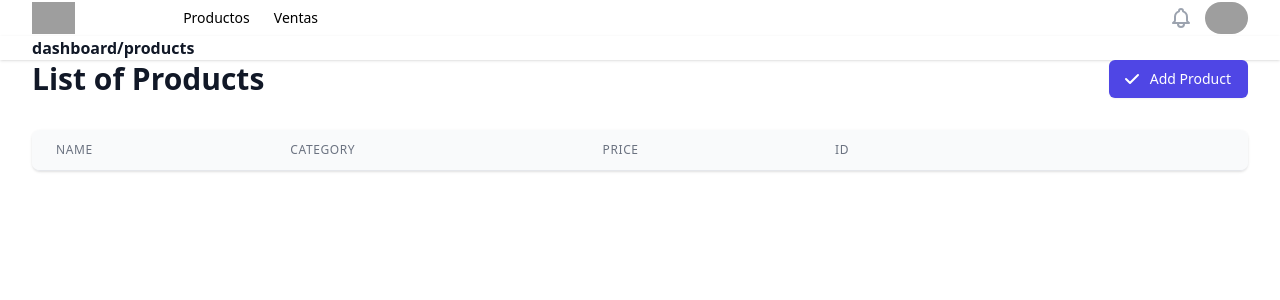
Repository: pvelosa/next-dashboard
Page: /dashboard/products/
These files come from the project's save history. The page is drawn as it stood at one moment and after the next save; the edit follows.
The browser window is 1280 px wide. The pictures show the whole page.
Pictures or frames that could not be fetched are drawn as grey boxes. The page's requests for data from a server got no answer. The project was rebuilt for these pictures with package versions that can differ from the ones it lists, and the page was loaded fresh each time. The framework's server and built-in components were replaced by stand-ins that run in the browser. No one was signed in, and anything a server would have sent is missing. Also part of the build but not shown: next.config.js, services/api/products.js, components/FormProduct.js.

Above is the page before, as saved 2022-06-03 07:14:14.

### pages/_app.js
import { ProviderAuth } from "../hooks/useAuth";
import "../src/styles/globals.css";
import MainLayout from "../layout/MainLayout";

function MyApp({ Component, pageProps }) {
  return (
    <>
      <ProviderAuth>
        <MainLayout>
          <Component {...pageProps} />
        </MainLayout>
      </ProviderAuth>
    </>
  );
}

export default MyApp;

### pages/dashboard/products.js
//quiero agregar, eliminar y actualizar un product

import { useState, useEffect } from "react";
import Modal from "../../common/Modal";
import FormProduct from "../../components/FormProduct";
import endPoints from "../../services/api";
import {CheckIcon} from '@heroicons/react/solid'
import axios from "axios";
import useAlert from "../../hooks/useAlert";
import Alert from "../../common/Alert";

export default function Products() {
  const [open, setOpen] = useState(false);
  const [products, setProducts] = useState([]);
  const { alert, setAlert, toggleAlert } = useAlert();

  useEffect(() => {
    async function getProducts() {
      const response = await axios.get(endPoints.products.allProducts);
      setProducts(response.data);
    }
    try {
      getProducts();
    } catch (error) {
      console.log(error);
    }
  }, [alert]);

  return (
    <>
      <Alert alert={alert} handleClose={toggleAlert} />
      <div className="lg:flex lg:items-center lg:justify-between mb-8">
        <div className="flex-1 min-w-0">
          <h2 className="text-2xl font-bold leading-7 text-gray-900 sm:text-3xl sm:truncate">List of Products</h2>
        </div>
        <div className="mt-5 flex lg:mt-0 lg:ml-4">
          <span className="sm:ml-3">
            <button
              type="button"
              className="inline-flex items-center px-4 py-2 border border-transparent rounded-md shadow-sm text-sm font-medium text-white bg-indigo-600 hover:bg-indigo-700 focus:outline-none focus:ring-2 focus:ring-offset-2 focus:ring-indigo-500"
              onClick={() => setOpen(true)}
            >
              <CheckIcon className="-ml-1 mr-2 h-5 w-5" aria-hidden="true" />
              Add Product
            </button>
          </span>
        </div>
      </div>

      <div className="flex flex-col">
        <div className="-my-2 overflow-x-auto sm:-mx-6 lg:-mx-8">
          <div className="py-2 align-middle inline-block min-w-full sm:px-6 lg:px-8">
            <div className="shadow overflow-hidden border-b border-gray-200 sm:rounded-lg">
              <table className="min-w-full divide-y divide-gray-200">
                <thead className="bg-gray-50">
                  <tr>
                    <th scope="col" className="px-6 py-3 text-left text-xs font-medium text-gray-500 uppercase tracking-wider">
                      Name
                    </th>
                    <th scope="col" className="px-6 py-3 text-left text-xs font-medium text-gray-500 uppercase tracking-wider">
                      Category
                    </th>
                    <th scope="col" className="px-6 py-3 text-left text-xs font-medium text-gray-500 uppercase tracking-wider">
                      Price
                    </th>
                    <th scope="col" className="px-6 py-3 text-left text-xs font-medium text-gray-500 uppercase tracking-wider">
                      Id
                    </th>
                    <th scope="col" className="relative px-6 py-3">
                      <span className="sr-only">Edit</span>
                    </th>
                    <th scope="col" className="relative px-6 py-3">
                      <span className="sr-only">Delete</span>
                    </th>
                  </tr>
                </thead>
                <tbody className="bg-white divide-y divide-gray-200">
                  {products?.map((product) => (
                    <tr key={`Product-item-${product.id}`}>
                      <td className="px-6 py-4 whitespace-nowrap">
                        <div className="flex items-center">
                          <div className="flex-shrink-0 h-10 w-10">
                            <img className="h-10 w-10 rounded-full" src={product.images[0]} alt="" />
                          </div>
                          <div className="ml-4">
                            <div className="text-sm font-medium text-gray-900">{product.title}</div>
                          </div>
                        </div>
                      </td>
                      <td className="px-6 py-4 whitespace-nowrap">
                        <div className="text-sm text-gray-900">{product.category.name}</div>
                      </td>
                      <td className="px-6 py-4 whitespace-nowrap">
                        <span className="px-2 inline-flex text-xs leading-5 font-semibold rounded-full bg-green-100 text-green-800">${product.price}</span>
                      </td>
                      <td className="px-6 py-4 whitespace-nowrap text-sm text-gray-500">{product.id}</td>
                      <td className="px-6 py-4 whitespace-nowrap text-right text-sm font-medium">
                        <a href="/edit" className="text-indigo-600 hover:text-indigo-900">
                          Edit
                        </a>
                      </td>
                      <td className="px-6 py-4 whitespace-nowrap text-right text-sm font-medium">
                        <a href="/edit" className="text-indigo-600 hover:text-indigo-900">
                          Delete
                        </a>
                      </td>
                    </tr>
                  ))}
                </tbody>
              </table>
            </div>
          </div>
        </div>
      </div>
      <Modal open={open} setOpen={setOpen}>
        <FormProduct setOpen={setOpen} setAlert={setAlert} />
      </Modal>
    </>
  );
}

### hooks/useAuth.js
import react, { useState, useContext, createContext } from "react";
import Cookie from "js-cookie";
import axios from "axios";
import endPoints from "../services/api/";

const AuthContext = createContext();

export function ProviderAuth({ children }) {
  const auth = useProviderAuth();
  return <AuthContext.Provider value={auth}>{children}</AuthContext.Provider>;
}

export const useAuth = () => {
  return useContext(AuthContext);
};

function useProviderAuth() {
  const [user, setUser] = useState(null);
  const signin = async (email, password) => {
    //empezar a construir la app aquí
    const options = {
      headers: {
        accept: "*/*",
        "Content-Type": "application/json",
      },
    };
    const { data: access_token } = await axios.post(
      endPoints.auth.login,
      { email, password },
      options
    );
    //guarda el token como una cookie
    if (access_token) {
        const token = access_token.access_token
      Cookie.set("token", token, { expires: 5 });
    console.log(user)
      //tenga un default para que se autorice
      axios.defaults.headers.Authorization = `Bearer ${token}`;
      const {data:user} = await axios.get(endPoints.auth.profile)
      setUser(user);
    }
  };
  return {
    user,
    signin,
  };
}

### layout/MainLayout.js
import Header from '../components/Header';
import Nav from '../common/Nav'

export default function MainLayout({ children }) {
  return (
    <>
      <div className="min-h-full">
        <Header/>
        <Nav/>
        <main>
          <div className="max-w-7xl mx-auto py-6 lg:px-8">{children}</div>
        </main>
      </div>
    </>
  );
}

### common/Modal.js
import { Fragment, useRef } from 'react';
import { Dialog, Transition } from '@headlessui/react';
import { XCircleIcon } from '@heroicons/react/solid';

export default function Modal({ open, setOpen, children }) {
  const cancelButtonRef = useRef(null);
  return (
    <Transition.Root show={open} as={Fragment}>
      <Dialog as="div" className="fixed z-10 inset-0 overflow-y-auto" initialFocus={cancelButtonRef} onClose={setOpen}>
        <div className="flex items-end justify-center min-h-screen pt-4 px-4 pb-20 text-center sm:block sm:p-0">
          <Transition.Child as={Fragment} enter="ease-out duration-300" enterFrom="opacity-0" enterTo="opacity-100" leave="ease-in duration-200" leaveFrom="opacity-100" leaveTo="opacity-0">
            <Dialog.Overlay className="fixed inset-0 bg-gray-500 bg-opacity-75 transition-opacity" />
          </Transition.Child>
          <span className="hidden sm:inline-block sm:align-middle sm:h-screen" aria-hidden="true">
            &#8203;
          </span>
          <Transition.Child
            as={Fragment}
            enter="ease-out duration-300"
            enterFrom="opacity-0 translate-y-4 sm:translate-y-0 sm:scale-95"
            enterTo="opacity-100 translate-y-0 sm:scale-100"
            leave="ease-in duration-200"
            leaveFrom="opacity-100 translate-y-0 sm:scale-100"
            leaveTo="opacity-0 translate-y-4 sm:translate-y-0 sm:scale-95"
          >
            <div className="inline-block align-bottom bg-white rounded-lg text-left overflow-hidden shadow-xl transform transition-all sm:my-8 sm:align-middle sm:max-w-lg sm:w-full">
              <div className="bg-gray-50 px-4 py-3 sm:px-6 sm:flex sm:flex-row-reverse">
                <XCircleIcon className="flex-shrink-0 h-6 w-6 text-gray-400 cursor-pointer" aria-hidden="true" onClick={() => setOpen(false)} ref={cancelButtonRef} />
              </div>
              <div className="bg-white px-4 pt-5 pb-4 sm:p-6 sm:pb-4">
                <div className="sm:flex sm:items-start">{children}</div>
              </div>
            </div>
          </Transition.Child>
        </div>
      </Dialog>
    </Transition.Root>
  );
}

### services/api/index.js
const API = process.env.NEXT_PUBLIC_API_URL;
const VERSION = process.env.NEXT_PUBLIC_API_VERSION;

const endPoints = {
    auth: {
        login: `${API}/api/${VERSION}/auth/login`,
        profile: `${API}/api/${VERSION}/auth/profile`
    },
    categories:{
        getCategories: `${API}/api/${VERSION}/categories`,
        postCategories: `${API}/api/${VERSION}/categories`,
        getCategorie: (id) =>  `${API}/api/${VERSION}/categories/${id}`,
        putCategorie: (id) =>  `${API}/api/${VERSION}/categories/${id}`,
        getCategorieProducts: (id) =>  `${API}/api/${VERSION}/categories/${id}/products`
    },
    files:{
        postFiles:  `${API}/api/${VERSION}/files/upload`,
        getFile: (filename) =>  `${API}/api/${VERSION}/files/${filename}`,
    },
    products: {
        allProducts:  `${API}/api/${VERSION}/products/`,
        getProducts: (limit, offset) => `${API}/api/${VERSION}/products?limit=${limit}&offset=${offset} `,
        putProducts:  `${API}/api/${VERSION}/products`,
        getProduct: (id) =>  `${API}/api/${VERSION}/products/${id}`,
        updateProduct: (id) =>  `${API}/api/${VERSION}/products/${id}`,
        deleteProduct: (id) =>  `${API}/api/${VERSION}/products/${id}`,
    },
    users: {
        getUsers:  `${API}/api/${VERSION}/users/`,
        postUsers:  `${API}/api/${VERSION}/users/`,
        getProduct: `${API}/api/${VERSION}/users/is-available`,
    }

};

export default endPoints;

### hooks/useAlert.js
import { useState } from 'react';

const useAlert = (options) => {
  const defaultOptions = {
    active: false,
    message: '',
    type: '',
    autoClose: true,
  };
  const [alert, setAlert] = useState({
    ...defaultOptions,
    ...options,
  });

  const toggleAlert = () => {
    setAlert(!alert.active);
  };

  return {
    alert,
    setAlert,
    toggleAlert,
  };
};

export default useAlert;

### common/Alert.js
import { XCircleIcon } from '@heroicons/react/solid';

const Alert = ({ alert, handleClose }) => {
  if (alert && alert?.autoClose) {
    setTimeout(() => {
      handleClose();
    }, 9000);
  }

  return (
    <>
      {alert?.active && (
        <div x-data className="bg-indigo-100 p-5 w-full rounded mb-8">
          <div className="flex space-x-3">
            <div className="flex-1 leading-tight text-sm text-black font-medium">{alert.message}</div>
            <button type="button">
              <XCircleIcon className="w-6 h-6 text-gray-600" onClick={handleClose} />
            </button>
          </div>
        </div>
      )}
    </>
  );
};

export default Alert;

### components/Header.js
import { Fragment } from 'react';
import { useAuth } from '../hooks/useAuth';
import { Disclosure, Menu, Transition } from '@headlessui/react';
import { BellIcon, MenuIcon, XIcon } from '@heroicons/react/outline';


const navigation = [
  { name: 'Dashboard', href: '#', current: true },
  { name: 'Productos', href: '/dashboard/products/', current: false },
  { name: 'Ventas', href: '#', current: false },
];
const userNavigation = [
  { name: 'Your Profile', href: '#' },
  { name: 'Settings', href: '#' },
  { name: 'Sign out', href: '#' },
];

function classNames(...classes) {
  return classes.filter(Boolean).join(' ');
}

export default function Header() {
    const auth = useAuth;
    const userData = {
        name: auth?.user?.name,
        email: auth?.user?.email,
        imageUrl: `https://ui-avatars.com/api/?name=${auth?.user?.name}`,
      };
  return (
    <>
      <Disclosure as="nav" className="bg-gray-800">
        {({ open }) => (
          <>
            <div className="max-w-7xl mx-auto px-4 sm:px-6 lg:px-8">
              <div className="flex items-center justify-between h-16">
                <div className="flex items-center">
                  <div className="flex-shrink-0">
                    <img className="h-8 w-8" src="https://tailwindui.com/img/logos/workflow-mark-indigo-500.svg" alt="Workflow" />
                  </div>
                  <div className="hidden md:block">
                    <div className="ml-10 flex items-baseline space-x-4">
                      {navigation.map((item) => (
                        <a
                          key={item.name}
                          href={item.href}
                          className={classNames(item.current ? 'bg-gray-900 text-white' : 'text-gray-300 hover:bg-gray-700 hover:text-white', 'px-3 py-2 rounded-md text-sm font-medium')}
                          aria-current={item.current ? 'page' : undefined}
                        >
                          {item.name}
                        </a>
                      ))}
                    </div>
                  </div>
                </div>
                <div className="hidden md:block">
                  <div className="ml-4 flex items-center md:ml-6">
                    <button
                      type="button"
                      className="bg-gray-800 p-1 rounded-full text-gray-400 hover:text-white focus:outline-none focus:ring-2 focus:ring-offset-2 focus:ring-offset-gray-800 focus:ring-white"
                    >
                      <span className="sr-only">View notifications</span>
                      <BellIcon className="h-6 w-6" aria-hidden="true" />
                    </button>

                    {/* Profile dropdown */}
                    <Menu as="div" className="ml-3 relative">
                      <div>
                        <Menu.Button className="max-w-xs bg-gray-800 rounded-full flex items-center text-sm focus:outline-none focus:ring-2 focus:ring-offset-2 focus:ring-offset-gray-800 focus:ring-white">
                          <span className="sr-only">Open user menu</span>
                          <img className="h-8 w-8 rounded-full" src={userData.imageUrl} alt="" />
                        </Menu.Button>
                      </div>
                      <Transition
                        as={Fragment}
                        enter="transition ease-out duration-100"
                        enterFrom="transform opacity-0 scale-95"
                        enterTo="transform opacity-100 scale-100"
                        leave="transition ease-in duration-75"
                        leaveFrom="transform opacity-100 scale-100"
                        leaveTo="transform opacity-0 scale-95"
                      >
                        <Menu.Items className="origin-top-right absolute right-0 mt-2 w-48 rounded-md shadow-lg py-1 bg-white ring-1 ring-black ring-opacity-5 focus:outline-none">
                          {userNavigation.map((item) => (
                            <Menu.Item key={item.name}>
                              {({ active }) => (
                                <a href={item.href} className={classNames(active ? 'bg-gray-100' : '', 'block px-4 py-2 text-sm text-gray-700')}>
                                  {item.name}
                                </a>
                              )}
                            </Menu.Item>
                          ))}
                        </Menu.Items>
                      </Transition>
                    </Menu>
                  </div>
                </div>
                <div className="-mr-2 flex md:hidden">
                  {/* Mobile menu button */}
                  <Disclosure.Button className="bg-gray-800 inline-flex items-center justify-center p-2 rounded-md text-gray-400 hover:text-white hover:bg-gray-700 focus:outline-none focus:ring-2 focus:ring-offset-2 focus:ring-offset-gray-800 focus:ring-white">
                    <span className="sr-only">Open main menu</span>
                    {open ? <XIcon className="block h-6 w-6" aria-hidden="true" /> : <MenuIcon className="block h-6 w-6" aria-hidden="true" />}
                  </Disclosure.Button>
                </div>
              </div>
            </div>

            <Disclosure.Panel className="md:hidden">
              <div className="px-2 pt-2 pb-3 space-y-1 sm:px-3">
                {navigation.map((item) => (
                  <Disclosure.Button
                    key={item.name}
                    as="a"
                    href={item.href}
                    className={classNames(item.current ? 'bg-gray-900 text-white' : 'text-gray-300 hover:bg-gray-700 hover:text-white', 'block px-3 py-2 rounded-md text-base font-medium')}
                    aria-current={item.current ? 'page' : undefined}
                  >
                    {item.name}
                  </Disclosure.Button>
                ))}
              </div>
              <div className="pt-4 pb-3 border-t border-gray-700">
                <div className="flex items-center px-5">
                  <div className="flex-shrink-0">
                    <img className="h-10 w-10 rounded-full" src={userData.imageUrl} alt="" />
                  </div>
                  <div className="ml-3">
                    <div className="text-base font-medium leading-none text-white">{userData.name}</div>
                    <div className="text-sm font-medium leading-none text-gray-400">{userData.email}</div>
                  </div>
                  <button
                    type="button"
                    className="ml-auto bg-gray-800 flex-shrink-0 p-1 rounded-full text-gray-400 hover:text-white focus:outline-none focus:ring-2 focus:ring-offset-2 focus:ring-offset-gray-800 focus:ring-white"
                  >
                    <span className="sr-only">View notifications</span>
                    <BellIcon className="h-6 w-6" aria-hidden="true" />
                  </button>
                </div>
                <div className="mt-3 px-2 space-y-1">
                  {userNavigation.map((item) => (
                    <Disclosure.Button key={item.name} as="a" href={item.href} className="block px-3 py-2 rounded-md text-base font-medium text-gray-400 hover:text-white hover:bg-gray-700">
                      {item.name}
                    </Disclosure.Button>
                  ))}
                </div>
              </div>
            </Disclosure.Panel>
          </>
        )}
      </Disclosure>
    </>
  );
}

### tailwind.config.js
module.exports = {
  content: [
    "./pages/**/*.{js,ts,jsx,tsx}",
  ],
  theme: {
    extend: {},
  },
  plugins: [
    require('@tailwindcss/forms')
  ],
}

Loaded but not shown: src/styles/globals.css (common file); common/Nav.js (common file)

After the next save:
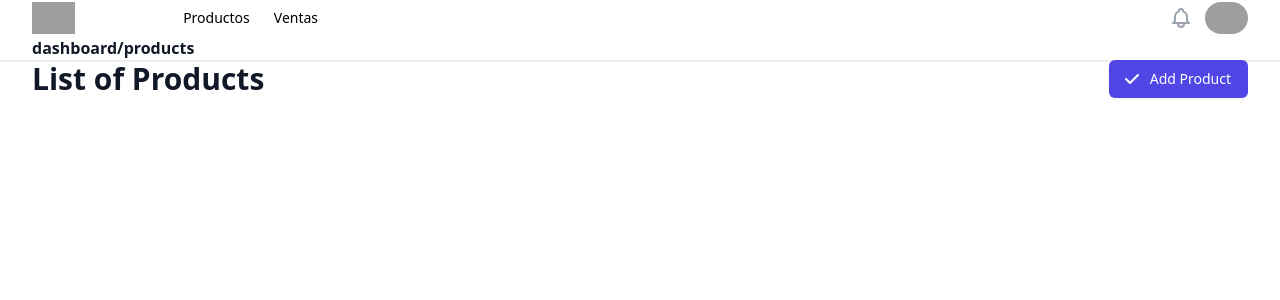
Saved 103 s later.
--- a/pages/dashboard/products.js
+++ b/pages/dashboard/products.js
@@ -47,7 +47,7 @@ export default function Products() {
         </div>
       </div>
 
-      <div className="flex flex-col">
+      {/* <div className="flex flex-col">
         <div className="-my-2 overflow-x-auto sm:-mx-6 lg:-mx-8">
           <div className="py-2 align-middle inline-block min-w-full sm:px-6 lg:px-8">
             <div className="shadow overflow-hidden border-b border-gray-200 sm:rounded-lg">
@@ -111,7 +111,7 @@ export default function Products() {
             </div>
           </div>
         </div>
-      </div>
+      </div> */}
       <Modal open={open} setOpen={setOpen}>
         <FormProduct setOpen={setOpen} setAlert={setAlert} />
       </Modal>
